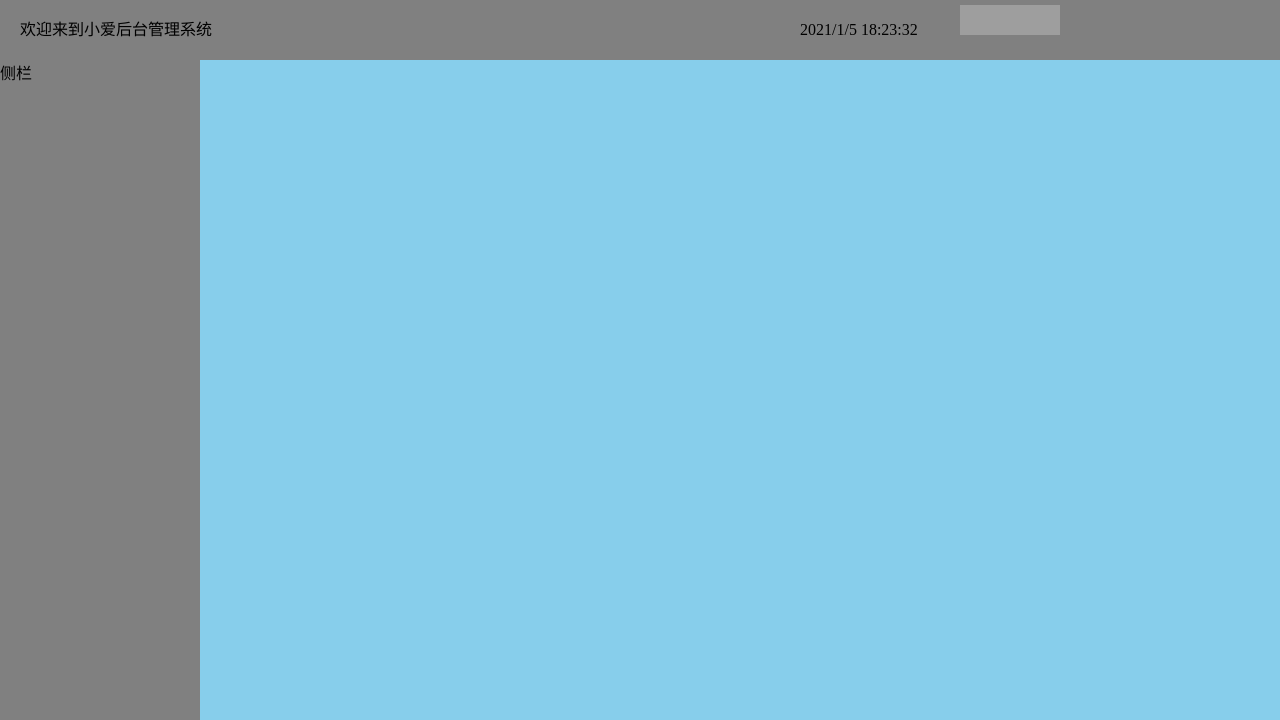
Repository: heyegang/vuex
Page: /
These files come from the project's save history. The page is drawn as it stood at one moment and after the next save; the edit follows.
The browser window is 1280 px wide. The pictures show the whole page.
Pictures or frames that could not be fetched are drawn as grey boxes. The project was rebuilt for these pictures with package versions that can differ from the ones it lists, and the page was loaded fresh each time. Also part of the build but not shown: vue.config.js.

Above is the page before, as saved 2021-01-06 13:42:39.

### src/main.js
import Vue from "vue";
import App from "./App.vue";
import router from "./router";
import store from "./store";
import ElementUI from "element-ui";
import "element-ui/lib/theme-chalk/index.css"

Vue.use(ElementUI)
Vue.config.productionTip = false;

new Vue({
  router,
  store,
  render: h => h(App)
}).$mount("#app");

### src/App.vue
<template>
  <div id="app">
    <router-view />
  </div>
</template>

<style lang="scss">
*{
  margin: 0;
  padding: 0;
}
html,body,#app{
  height: 100%;
}
</style>

### src/router/index.js
import Vue from "vue";
import VueRouter from "vue-router";
import Home from "../views/Home.vue";
import Layout from "../views/layout/Layout.vue";

Vue.use(VueRouter);

const routes = [{
   path:"",
  component:Layout,
  children:[{
    path: "/",
    name: "Home",
    component: Home
  },

  ]},
  {
    path: "/login",
    name: "login",
    component: () => import('../views/login/Login.vue')
  },
];

const router = new VueRouter({
  mode: "history",
  base: process.env.BASE_URL,
  routes
});

export default router;

### src/store/index.js
import Vue from "vue";
import Vuex from "vuex";
import user from "./user"

Vue.use(Vuex);

export default new Vuex.Store({
  state: {
    // 存放数据
  },
  mutations: {
    // 同步修改state
  },
  actions: {},
  modules: {
    // 代表模块
    user
  }
});

### src/views/Home.vue
<template>
  <div></div>
</template>

<script>
export default {
  name: '',
  props:{},
  data () {
    return {
    }
  },
  components: {},
  methods: {},
  mounted() {},
  computed: {},
  watch: {}
}
</script>

<style lang='scss' scoped>

</style>

### src/views/layout/Layout.vue
<template>
    <div>
        <el-container>
        <el-header>
            <nav-header></nav-header>
        </el-header>
        <el-container>
            <el-aside width="200px">
                <nav-sidebar></nav-sidebar>
            </el-aside>
            <el-main>
                <router-view></router-view>
            </el-main>
        </el-container>
        </el-container>
    </div>
</template>

<script>
import NavHeader from "../../components/navheader/NavHeader"
import NavSidebar from "../../components/navsidebar/NavSidebar"
export default {
  name: '',
  props:{},
  data () {
    return {
    }
  },
  components: {
      NavHeader,
      NavSidebar,
  },
  methods: {},
  mounted() {},
  computed: {},
  watch: {}
}
</script>

<style lang='scss' scoped>
  .el-header, .el-footer {
    line-height: 60px;
    background-color: gray;
  }

  .el-aside {
    position: fixed;
    top: 60px;
    bottom: 0;
    background-color: gray;
  }

  .el-main {
    position: fixed;
    bottom: 0;
    right: 0;
    top: 60px;
    left: 200px;
    background-color: skyblue;


  }

  body > .el-container {
    margin-bottom: 40px;
  }

  .el-container:nth-child(5) .el-aside,
  .el-container:nth-child(6) .el-aside {
    line-height: 260px;
  }

  .el-container:nth-child(7) .el-aside {
    line-height: 320px;
  }
</style>

### src/store/user.js
import { Message } from "element-ui";
import api from '../http/api';
import router from '../router'

export default {
    namespaced:true,
    // 开启命名空间

    state: {
        // 存放数据
        users:[]
      },
      mutations: {
        // 同步修改state
        setUsers(state,data){
            state.user = data
        }
      },
      actions: {
        //   发请求
        // 所有的方法
        // 登录 每一个action的方法都有两个参数 第一个是store 第二个是请求的参数
        // store可以解构为commit dispatch(提交另外一个action)
        async login(_,params){
            let res = await api.login(params)
            if(res.meta.status === 200){
                // 请求成功 存用户 跳转路由 提示用户
                localStorage.setItem('user', JSON.stringify(res.data))
                localStorage.setItem('token', res.data.token)
                Message.success('登录成功')
                router.push('/')
            } else {
                Message.error(res.meta.msg)
            }
        },
        async getUsers({commit},params){
            let res = await api.getUsers(params)
            if(res.meta.status === 200) {
                commit('setUsers',res.data)
            }else {
                Message.error(res.meta.msg)
            }
        }
      },
}

### src/components/navheader/NavHeader.vue
<template>
  <div class="top">
      <div>
          欢迎来到小爱后台管理系统
      </div>
      <div class="box">
          {{times}}
      </div>
      <div class="weather">
          <div class="weather"><iframe scrolling="no" src="https://tianqiapi.com/api.php?style=yd&skin=pitaya" frameborder="0" width="100%" height="30" allowtransparency="true"></iframe></div>
    <!--获取天气-->
      </div>
  </div>
</template>

<script>
export default {
  name: '',
  props:{},
  data () {
    return {
      times:'',//格式化之后的当前时间
      currentTime: new Date() //当前时间
    }
  },
  components: {},
  methods: {
    getTimes(){
      setInterval(this.getTimesInterval, 1000);
    },
    getTimesInterval:function() {
      let _this = this;
      let year = new Date().getFullYear(); //获取当前时间的年份
      let month = new Date().getMonth() + 1; //获取当前时间的月份
      let day = new Date().getDate(); //获取当前时间的天数
      let hours = new Date().getHours(); //获取当前时间的小时
      let minutes = new Date().getMinutes(); //获取当前时间的分数
      let seconds = new Date().getSeconds(); //获取当前时间的秒数
      let hello = "";
      //当小于 10 的是时候，在前面加 0
      if (hours < 10) {
        hours = "0" + hours;
      }
      if (minutes < 10) {
        minutes = "0" + minutes;
      }
      if (seconds < 10) {
        seconds = "0" + seconds;
      }
      //一天中的时间
      if (hours > 6 && hours <13){
          hello = "上午";
      }
      if (hours > 13 && hours <18){
          hello = "下午";
      }
      if (hours > 18 && hours <24){
          hello = "晚上";
      }
      if (hours >0 && hours < 6){
          hello = "凌晨";
      }
      //拼接格式化当前时间
      _this.times = year + "/" + month + "/" + day + " " +hello+ hours + ":" + minutes + ":" + seconds;
    },
  },
  mounted() {
    this.getTimes()
  },
  computed: {},
  watch: {},
}
</script>

<style lang='scss' scoped>
.top{
    display: flex;
    position: relative;
    line-height: 60px;
}
.box{
    width: 160px;
    position: absolute;
    right: 300px;
}
.weather{
    width: 100px;
    position: absolute;
    right: 100px;

}
</style>

### src/components/navsidebar/NavSidebar.vue
<template>
  <div>
      侧栏
  </div>
</template>

<script>
export default {
  name: '',
  props:{},
  data () {
    return {
    }
  },
  components: {},
  methods: {},
  mounted() {},
  computed: {},
  watch: {}
}
</script>

<style lang='scss' scoped>

</style>

### src/http/api.js
import http from './index'

export default{
     login({username,password}){
        return http.post('/login',{
            username,
            password
        })
     },
     getUsers({pagenum,pagesize,query}){
         if(query){
             return http.get(`/users?pagenum=${pagenum}&pagesize=${pagesize}&query=${query}`)
         } else {
             return http.get(`/users?pagenum=${pagenum}&pagesize=${pagesize}`)
         }

     },
}

### src/http/index.js
import axios from 'axios'
import nprogress from 'nprogress'
import 'nprogress/nprogress.css'
import {Message} from 'element-ui'

// 需要区分当前环境是开发环境(development)还是生产环境(production)
let isPro = process.env.NODE_ENV === 'productin'

const http = axios.create({
    baseURL: isPro ? '线上接口路径':'/api',
    timeout:10000
})

// 请求拦截
http.interceptors.request.use(config =>{
    nprogress.start()
    // 配置token token是鉴权的一种方式
    // 在登陆成功后 会返回当前用户的token 存在本地
    // 可用（百度：js加密插件）加密插件加密token
    let token = localStorage.getItem('token')
    // 账号密码和token分开存
    if(token){
        config.headers.Authorization = token
    }
    return config
},err =>{
    nprogress.done()
    return Promise.reject(err)
})

// 响应拦截
http.interceptors.response.use(res => {
    nprogress.done()
    return res.data
},err => {

    // 请求失败
    let status = err.response && err.response.status
    // 状态码
    if (status === 400) {
        Message.error('参数错误')
    }
    if (status === 401) {
        Message.error('没有权限')
    }
    if (status === 403) {
        Message.error('登录过期')
    }
    if (status === 404) {
        Message.error('路径错误')
    }
    if (status === 500) {
        Message.error('服务器错误')
    }
    if (status === 403) {
        Message.error('服务器在维护')
    }
    return Promise.reject(err)
})


export default http

Loaded but not shown: public/index.html (common file)

After the next save:
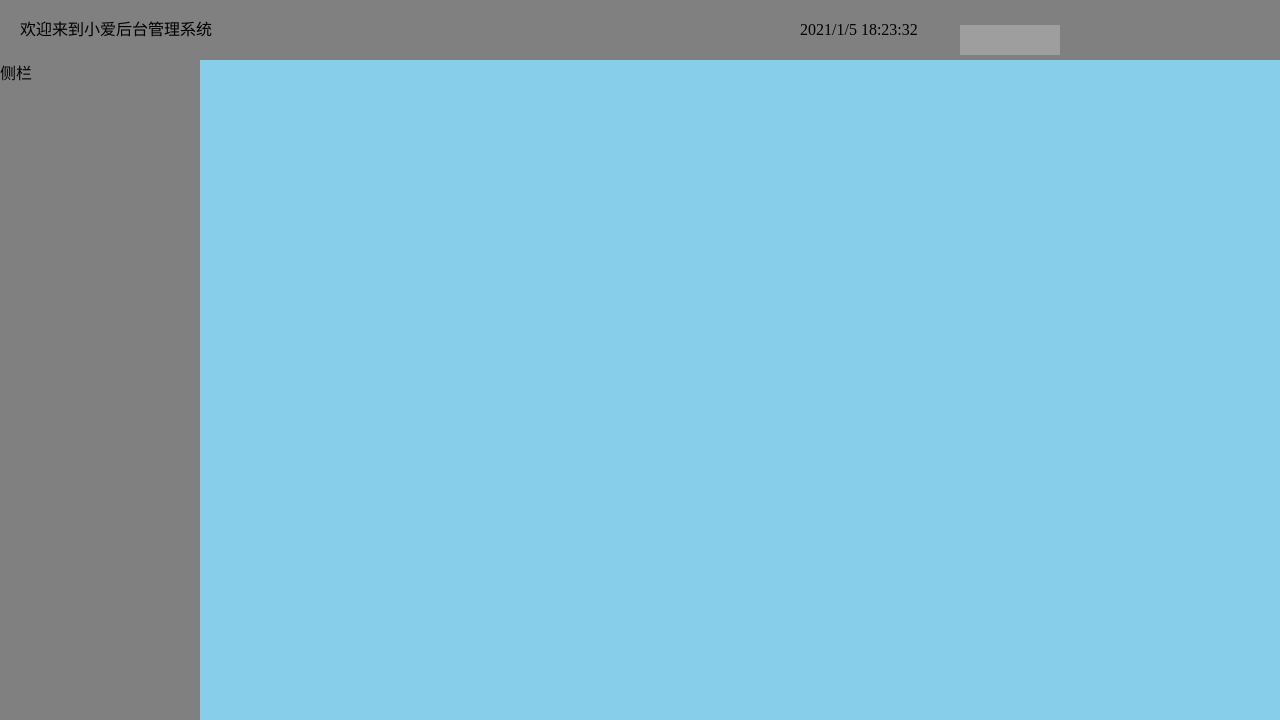
Saved 18 s later.
--- a/src/components/navheader/NavHeader.vue
+++ b/src/components/navheader/NavHeader.vue
@@ -87,6 +87,6 @@
     width: 100px;
     position: absolute;
     right: 100px;
-
+    top: 10px;
 }
 </style>

After the save that followed:
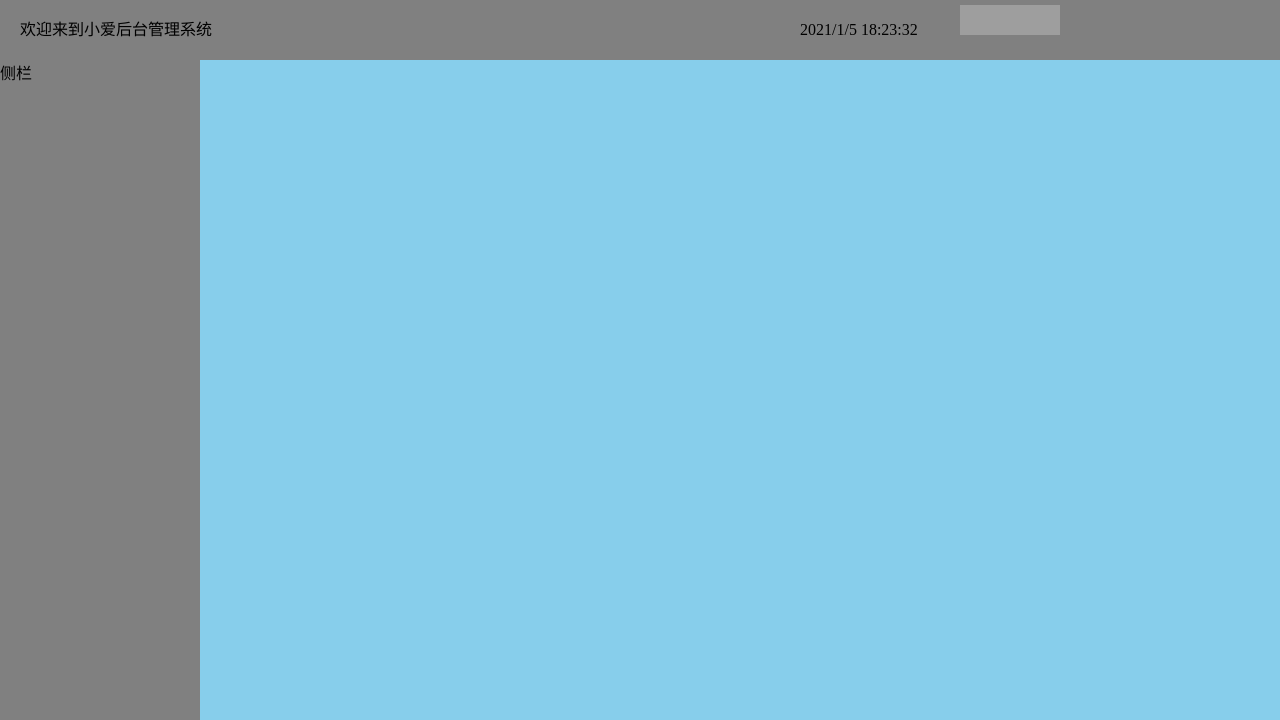
Saved 9 s later.
--- a/src/components/navheader/NavHeader.vue
+++ b/src/components/navheader/NavHeader.vue
@@ -87,6 +87,6 @@
     width: 100px;
     position: absolute;
     right: 100px;
-    top: 10px;
+    top: 0px;
 }
 </style>
